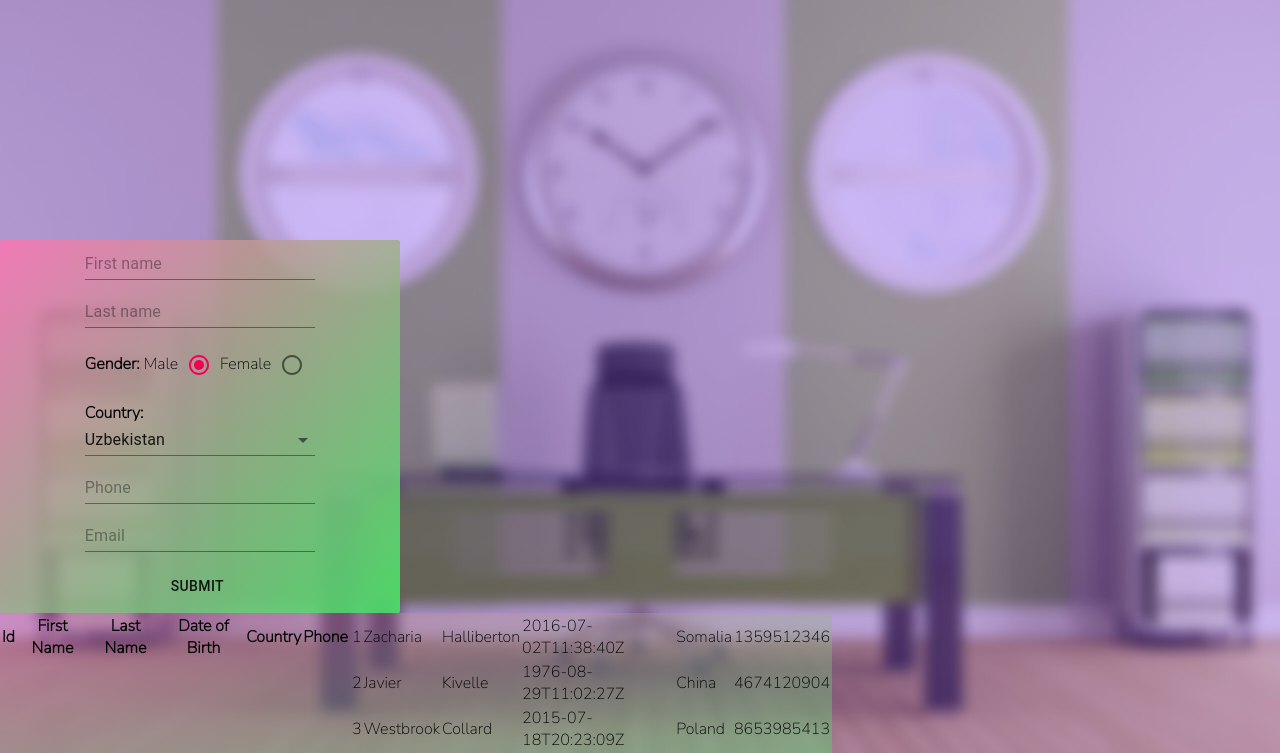
Repository: abrorsaidov/table-table
Page: /
An editor plug-in stored every save of this project. The page is shown before and after the next save, followed by the edit.
The browser window is 1280 px wide. The pictures show the whole page.
Backgrounds fixed to the window are drawn as part of the page. The project was rebuilt for these pictures with package versions that can differ from the ones it lists, and the page was loaded fresh each time. Also part of the build but not shown: src/components/ComponentC.js.

Above is the page before, as saved 2020-12-05 00:37:41.

After the next save:
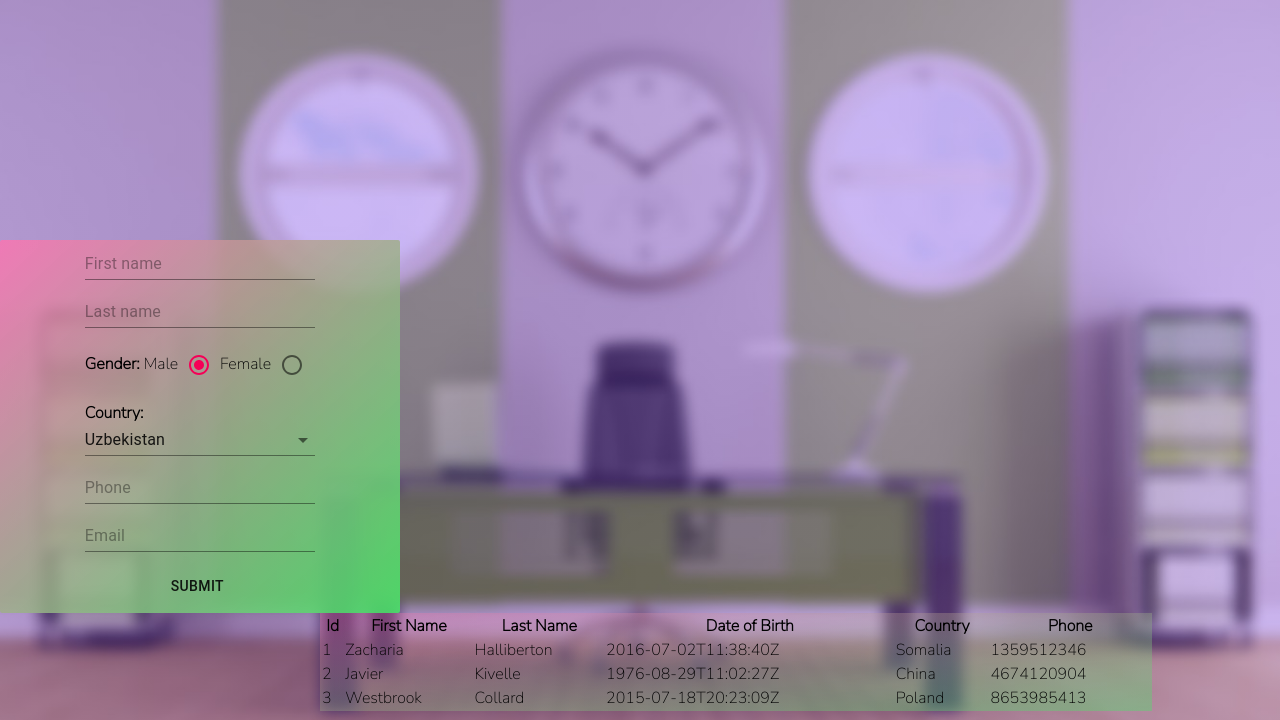
Saved 30 s later.
--- a/src/App.css
+++ b/src/App.css
@@ -79,8 +79,9 @@ option {
     rgba(255, 114, 175, 0.337),
     rgba(75, 226, 105, 0.4)
   );
+  position: absolute;
   width: 65%;
   right: 10%;
-  justify-content: center;
-  display: flex;
+  /* justify-content: center;
+  display: flex; */
 }
